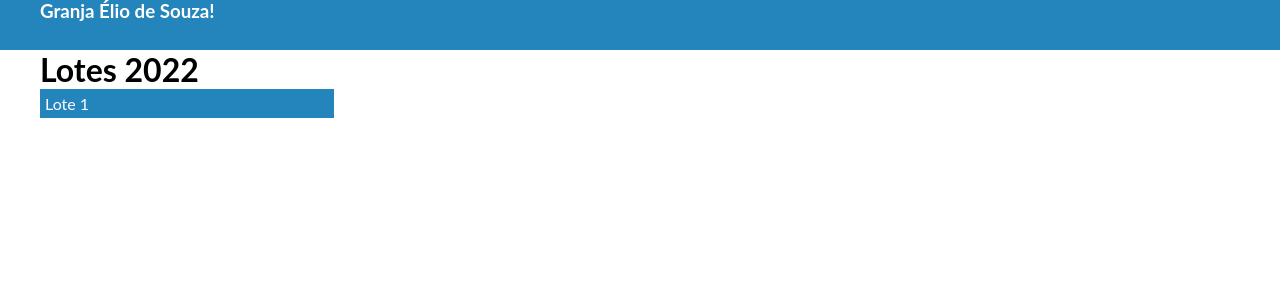
Repository: JoaoNahid/adminSystem
Page: /home (app in client/)
An editor plug-in stored every save of this project. The page is shown before and after the next save, followed by the edit.
The browser window is 1280 px wide. The pictures show the whole page.
The project was rebuilt for these pictures with package versions that can differ from the ones it lists, and the page was loaded fresh each time. Also part of the build but not shown: client/src/App.css, client/src/routes/login.js, client/src/routes/cadastro.js, client/src/routes/404.js.

Above is the page before, as saved 2022-04-20 21:24:21.

### client/src/App.js
import logo from './logo.svg';
import React, { useState, useEffect } from "react"
import './App.css';
import './css/style.css';


// Router
import { BrowserRouter as Router, Route, Routes } from 'react-router-dom';
// Telas
import Login from './routes/login.js'
import Cadastro from './routes/cadastro.js'
import Home from './routes/home.js'
import Error from './routes/404.js'
import Header from './routes/header.js'

export default function App() {
  return (
    <Router>
      <div>
        <Header />
        <Routes>
          <Route exact path="/login" element={<Login />} />
          <Route exact path="/cadastro" element={<Cadastro />} />
          <Route exact path="/" element={<Home />} />
          <Route exact path="/home" element={<Home />} />
          <Route path="*" element={<Error />} />
        </Routes>
      </div>
    </Router>
  )
}

### client/src/css/style.css
body{
  margin: 0;
  padding: 0;
  font-family: 'Lato', sans-serif;
}
*{
  margin: 0;
  padding: 0;
  font-family: 'Lato', sans-serif;
}
:root{
  --cor1: #099c22;
  --cor2: #424242;
}

@import url('https://fonts.googleapis.com/css2?family=Lato:ital,wght@0,100;0,300;0,400;0,700;0,900;1,100;1,300;1,400;1,700;1,900&display=swap');


.container{
  width: calc(100% - 80px);
  padding: 0 15px;
  margin: 0 auto;
}
.nomePagina{
  padding: 8px 0;
  margin-bottom: 15px;
  background-color: #fff;
  display: flex;
  flex-direction: row;
  justify-content: space-between;
  align-items: center;
}

.tituloPagina{
  color: var(--cor2);
  font-size: 30px;
}
.mostrarEstatisticas{
  color: var(--cor2);
  font-size: 30px;
  cursor: pointer;
  transform: rotate(180deg);
}
.flexBox{
  display: flex;
}
.flexRow{
  flex-direction: row;
}
/* SIDEBAR */
.sidebar{
  position: fixed;
  top: 0;
  bottom: 0;
  height: auto;
  width: 70px;
  background-color: var(--cor2);
  box-shadow: 10px 0 0 var(--cor1);
  overflow: hidden;
  transition: 0.5s;
  z-index: 2;
}
.sidebar:hover{
  width: 300px;
}
.sidebar ul{
  position: absolute;
  top: 200px;
  left: 0;
  width: 100%;
  padding-left: 5px;
}
.sidebar ul li{
  position: relative;
  list-style: none;
  width: 100%;
  border-top-left-radius: 20px;
}
.sidebar ul li a{
  position: relative;
  display: flex;
  width: 100%;
  text-decoration: none;
  color: #fff;
}
.sidebar .iconeSidebar{
  position: relative;
  display: block;
  min-width: 60px;
  height: 60px;
  text-align: center;
  line-height: 70px;
}
.sidebar .iconeSidebar ion-icon{
  position: relative;
  font-size: 1.5rem;
  z-index: 1;
}
.sidebar .tituloSidebar{
  position: relative;
  display: block;
  padding-left: 10px;
  height: 60px;
  line-height: 60px;
  white-space: nowrap;
}
.sidebar .active{
  background: var(--cor1);
}
.perfilUsuario{
  position: relative;
  top: 30px;
  display: flex;
  flex-direction: column;
  justify-content: center;
  align-items: center;
}
.fotoUsuario{
  width: 50px;
  height: 50px;
  border-radius: 50%;
  background-size: cover !important;
  background-repeat: no-repeat !important;
  background-position: center !important;
  transition: 0.6s;
}
.sidebar:hover .fotoUsuario{
  width: 100px;
  height: 100px;
}
.sidebar:hover .nomeUsuario,
.sidebar:hover .funcaoUsuario{
  visibility: visible;
  opacity: 1;
  transition: visibility 0s, opacity 0s linear;
}
.nomeUsuario{
  color: #fff;
  font-size: 20px;
  margin-top: 6px;
  visibility: hidden;
  opacity: 0;
  transition: visibility 0s, opacity 0s linear;
}
.funcaoUsuario{
  color: #fff;
  font-size: 15px;
  visibility: hidden;
  opacity: 0;
  transition: visibility 0s, opacity 0s linear;
}
/* FIM SIDEBAR */

/* DASHBOARD */
.areaBlocosEstatisticas{
  display: grid;
  grid-template-columns: repeat(4, 1fr);
  justify-content: center;
  gap: 20px;
  flex-direction: row;
}
@media(max-width: 1064px){
  .areaBlocosEstatisticas{
    grid-template-columns: repeat(2, 1fr);
  }
}
@media(max-width: 651px){
  .areaBlocosEstatisticas{
    grid-template-columns: 1fr;
  }
}
.blocoEstatistica{
  width: auto;
  height: 150px;
  background: var(--cor2);
  color: #fff;
  border-bottom: 3px solid var(--cor1);
  border-top-left-radius: 20px;
  border-top-right-radius: 20px;
  display: flex;
  flex-direction: column;
  justify-content: space-between;
  align-items: center;
  padding: 8px 12px;
}
.tituloEstatistica{
  font-size: 25px;
  text-transform: capitalize;
}
.conteudoEstatistica{
  display: flex;
  flex-direction: row;
  align-items: center;
  justify-content: space-between;
  width: 100%;
  padding-bottom: 25px;
}
.iconeEstatistica{
  width: 85px;
  font-size: 50px;
  z-index: 0;
}
.dadosEstatistica{
  text-align: center;
  width: 100%;
  font-size: 60px;
  color: #fff;
}
.exibirMenu{
  margin-top: -1000px !important;
  transition: .3s;
}
.rotacionarBtn{
  transform: rotate(180deg);
  transition: .7s ease-in;
}
/* FIM DASHBOARD */

/* LOGIN */
#bgAreaLogin{
  background: rgb(9,156,34);
  background: linear-gradient(0deg, rgba(9,156,34,1) 0%, rgba(66,66,66,1) 100%);
  width: 100%;
  height: 100vh;
}
#areaLogin{
  position: absolute;
  top: 0;
  bottom: 0;
  right: 0;
  left: 0;
  margin: auto auto;
  width: 350px;
  height: 400px;
  box-shadow: rgba(0, 0, 0, 0.1) 0px 10px 15px -3px, rgba(0, 0, 0, 0.05) 0px 4px 6px -2px;
  background-color: #fff;
}
.formLogin{
  padding: 15px 45px ;
  display: flex;
  flex-direction: column;
  gap: 15px;
  align-items: center;
  justify-content: center;
  height: 100%;
}
#areaLogin input{
  /* border-top: 0 none;
  border-right: 0 none;
  border-left: 0 none;
  border-color: var(--cor1); */
  border: 0 none;
  background: #42424255;
  color: var(--cor2);
  border-radius: 20px;
  padding: 8px 12px;
  font-size: 15px;
  width: calc(100% - 24px);
}
#areaLogin input::placeholder{
  color: #fff;
}
#areaLogin input:focus{
  outline: none;
}
.btnLogar{
  width: 100% !important;
  background-color: var(--cor2) !important;
  transition: .3s;
  color: #fff !important;
}
.btnLogar:hover{
  background-color: var(--cor1) !important;
  color: #fff !important;
  cursor: pointer;
}
.esqueciASenha{
  font-size: 13px;
  color: var(--cor2);
  text-decoration: none;
}
.esqueciASenha:hover{
  color: inherit;
}

/* FIM LOGIN */

/* Edição Site */
#areaTotalEdicaoSite{
  width: 100%;
}
.menuPaginas{
  display: flex;
  justify-content: center;
  flex-direction: row;
  margin-left: 230px;
  gap: 1px;
  background: var(--cor1);
}
.paginaEdicao{
  padding: 10px 10px;
  background-color: var(--cor2);
  color: #fff;
  width: 100%;
  text-align: center;
}
.paginaEdicao:hover{
  background: var(--cor1);
  cursor: pointer;
}
.menuSectionsPagina{
  width: 230px;
  display: flex;
  flex-direction: column;
  justify-content: center;
  background: var(--cor1);
}
.sectionEdicao{
  background: var(--cor2);
  color: #fff;
  width: calc(100% - 25px);
  text-align: left;
  padding: 16px 12px;
  text-decoration: none;
}
.sectionEdicao:hover{
  background: var(--cor1);
  cursor: pointer;
}
.boxFormEdicao{
  padding: 20px;
  width: calc(100% - 267px);
  border: solid 1px var(--cor2);
  border-left: solid 1px var(--cor1);
}
.tituloCampo{
  font-size: 18px;
  color: var(--cor2);
  margin-bottom: 10px;
}
.menuAtivo{
  background-color: var(--cor1);
}
/* Fim Edição Site */


/* INPUTS */
input:focus{
  outline: 0;
}
.formEdicao input{
  border-top: 0 none;
  border-right: 0 none;
  border-left: 0 none;
  border-bottom: 2px solid var(--cor2);
  padding: 0 5px 2px;
  font-size: 15px;
  transition: 0.3s;
  width: 100%;
}
.formEdicao input:focus{
  border-color: var(--cor1);
}
/* FIM INPUTS */

#headerArea{
  height: 50px;
  width: 100%;
  background-color: rgb(36, 133, 189);
  color: #fff;
}

/* PAGINA DE ERRO */
#errorPage{
  width: 100%;
  text-align: center;
  padding-top: 50px;
}

.inputsConversao{
  border-top: 0 none;
}
#gridLotes{
  display: grid;
  grid-template-columns: repeat(4, 1fr);
  gap: 8px;
}
.boxLote{
  padding: 5px;
  text-align: left;
  background-color: rgb(36, 133, 189);
  color: #fff;
}

### client/src/routes/home.js
import React, { Component, useState, useEffect } from "react"
import Axios from "axios"

export default function Home(){

    const [users, setUsers] = useState([])
    console.log(users)
     /* useEffect((e) => {
       e.preventDefault()
        Axios.get('http://localhost:3001/login').then((response) => {
            console.log(response)
            setUsers(response.data)
        })
    }) */




    return(
        <div>
            <div className="container">
                <h1>Lotes 2022</h1>
                <div id="gridLotes">
                    <div className="boxLote">
                        <p className="nomeLote">Lote 1</p>
                        <p className="diasLote"></p>
                    </div>

                </div>

            </div>
        </div>
    )
}

### client/src/routes/header.js
import React, { Component } from "react"

export default function Header() {

    return(
        <div id="headerArea">
            <div className="container">
                <h3>Granja Élio de Souza!</h3>
            </div>
        </div>
    )
}

Loaded but not shown: client/public/index.html (common file); client/src/index.js (common file); client/src/index.css (common file); client/src/reportWebVitals.js (common file)

After the next save:
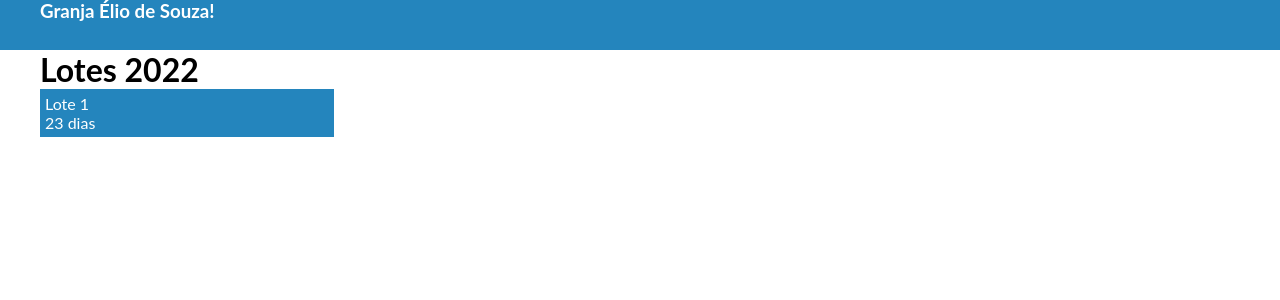
Saved 6 s later.
--- a/client/src/routes/home.js
+++ b/client/src/routes/home.js
@@ -23,7 +23,7 @@ export default function Home(){
                 <div id="gridLotes">
                     <div className="boxLote">
                         <p className="nomeLote">Lote 1</p>
-                        <p className="diasLote"></p>
+                        <p className="diasLote">23 dias</p>
                     </div>
 
                 </div>
